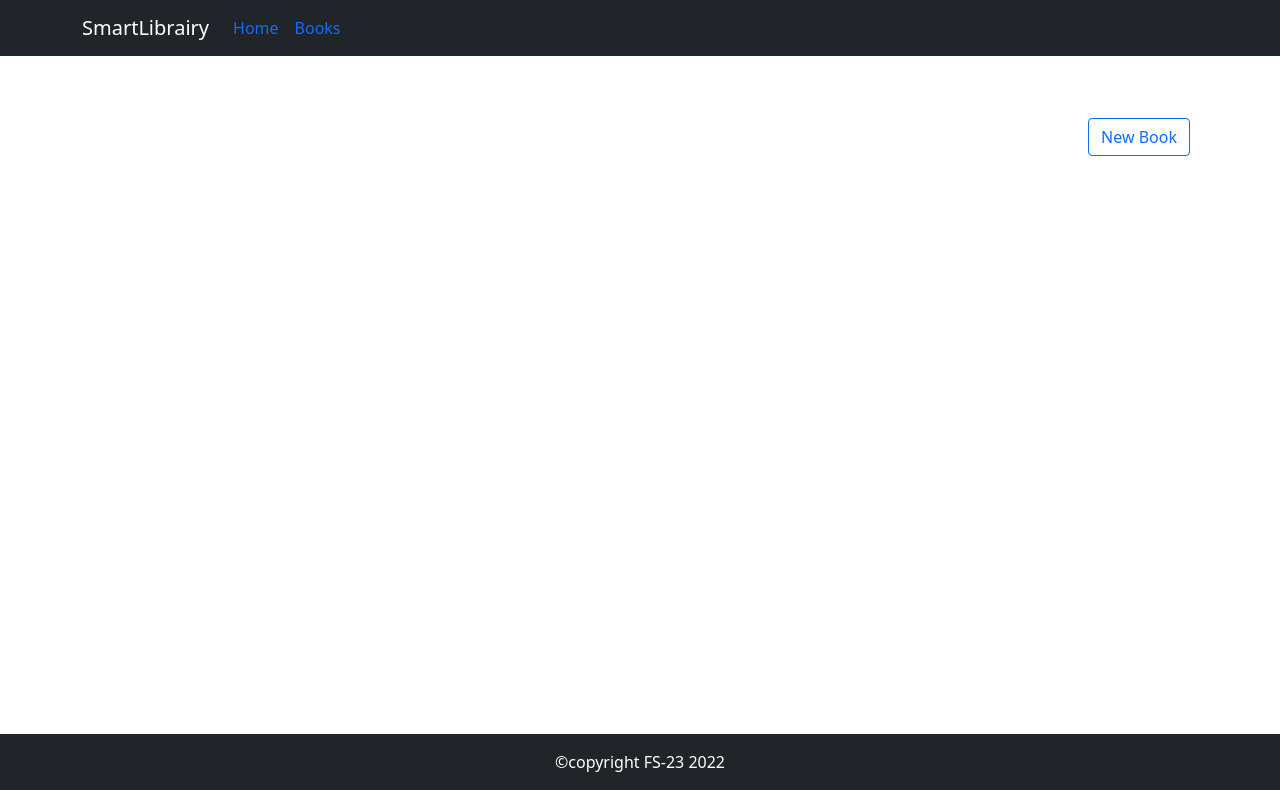
Repository: FS-23/smart-librairy
Page: http://localhost/books/list
An editor plug-in stored every save of this project. The page is shown before and after the next save, followed by the edit.
The browser window is 1280 px wide. The pictures show the whole page.
The page is served by the project's Laravel application, run on PHP 8.4 with Laravel 9. Queries for data that is not in the repository find no rows.

Above is the page before, as saved 2022-06-10 14:14:53.

After the next save:
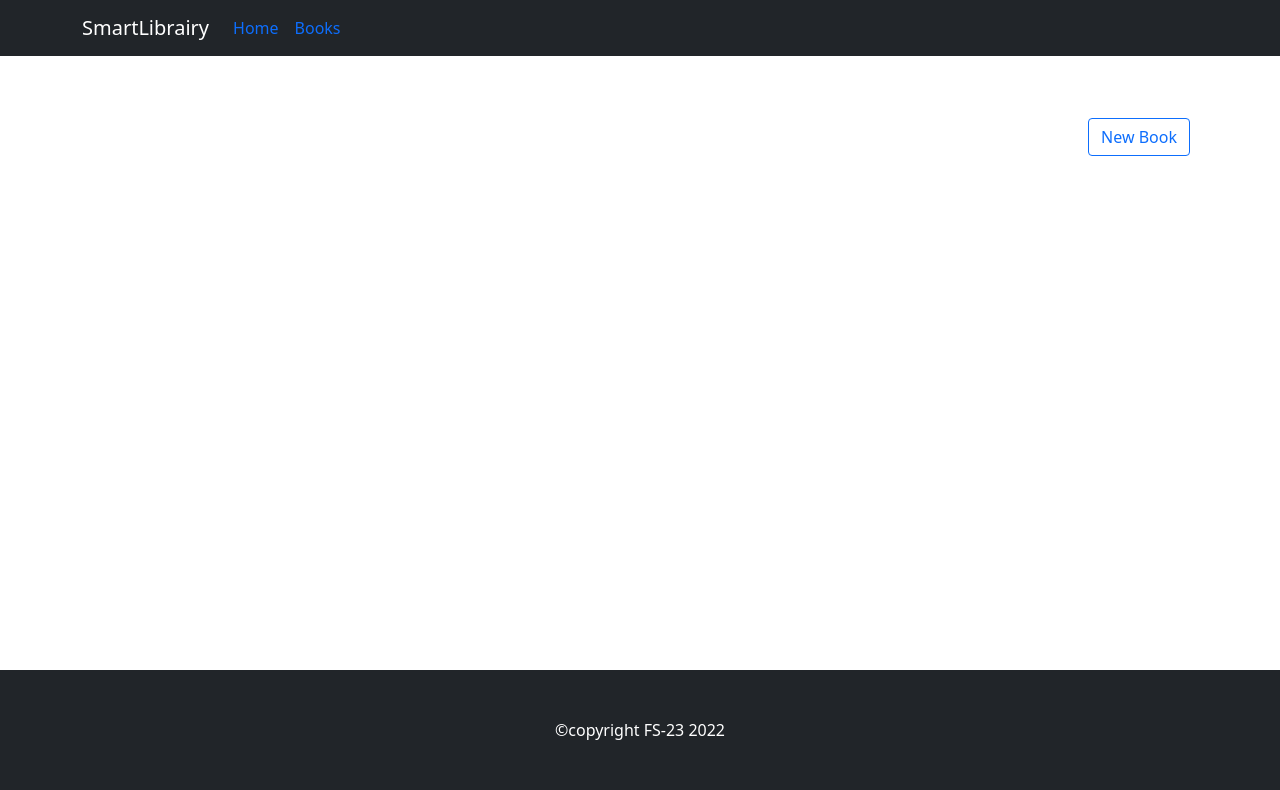
Saved 18 s later.
--- a/resources/views/layout/layout.blade.php
+++ b/resources/views/layout/layout.blade.php
@@ -63,7 +63,7 @@
                 @endforeach
             @endif
         </section>
-        <footer class="footer bg-dark p-3 text-center text-white">
+        <footer class="footer bg-dark p-5 text-center text-white">
              ©copyright FS-23 2022
         </footer>
      </div>
